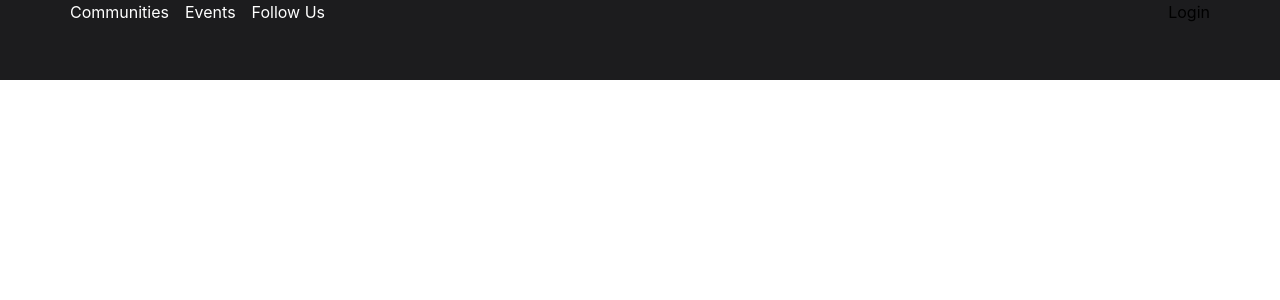
Repository: haudnn/WixdomPlanet-demo
Page: /
The author's editor kept a copy of each file at every save. The page is drawn from the files as they stood at one save, then again after the next save.
The browser window is 1280 px wide. The pictures show the whole page.
The project was rebuilt for these pictures with package versions that can differ from the ones it lists, and the page was loaded fresh each time. Also part of the build but not shown: vite.config.js, src/App.css.

Above is the page before, as saved 2023-02-03 09:31:17.

### src/App.jsx
import "./App.css";
import { BrowserRouter } from "react-router-dom";
import Header from "./components/Layout/Header";
function App() {
  return (
    <div className="App bg-[#1c1c1e]">
      <BrowserRouter>
        <Header />
      </BrowserRouter>
    </div>
  );
}

export default App;

### src/index.css
@tailwind base;
@tailwind components;
@tailwind utilities;

:root {
  font-family: Inter, system-ui, Avenir, Helvetica, Arial, sans-serif;
}

### src/components/Layout/Header.jsx
import React from 'react'
import { Link } from 'react-router-dom'

const Header = () => {
  return (
    <header className='h-[80px]'>
        <div className='max-w-[1140px] my-0 mx-auto'>
            <div className='flex items-center justify-between'>
                <div>
                    <div>

                    </div>
                    <ul className='flex items-center gap-x-4'>
                        <li>
                            <Link className='text-base text-white' to="/communities">Communities</Link>
                        </li>
                        <li>
                            <Link className='text-base text-white' to="/events">Events</Link>
                        </li>
                        <li>
                            <Link className='text-base text-white' to="/follow">Follow Us</Link>
                        </li>
                    </ul>
                </div>
                <div>
                    <Link to="/login">Login</Link>
                </div>
            </div>
        </div>
    </header>
  )
}

export default Header

Loaded but not shown: index.html (common file); src/main.jsx (common file); tailwind.config.cjs (common file)

After the next save:
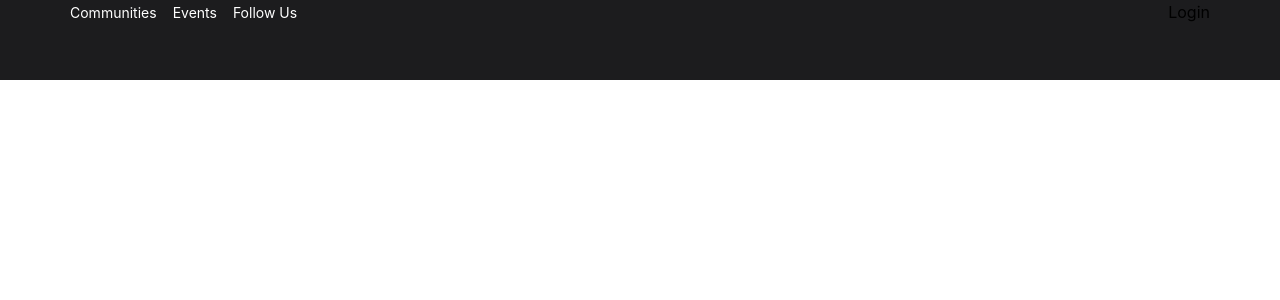
Saved 11 s later.
--- a/src/components/Layout/Header.jsx
+++ b/src/components/Layout/Header.jsx
@@ -12,13 +12,13 @@
                     </div>
                     <ul className='flex items-center gap-x-4'>
                         <li>
-                            <Link className='text-base text-white' to="/communities">Communities</Link>
+                            <Link className='text-sm text-white' to="/communities">Communities</Link>
                         </li>
                         <li>
-                            <Link className='text-base text-white' to="/events">Events</Link>
+                            <Link className='text-sm text-white' to="/events">Events</Link>
                         </li>
                         <li>
-                            <Link className='text-base text-white' to="/follow">Follow Us</Link>
+                            <Link className='text-sm text-white' to="/follow">Follow Us</Link>
                         </li>
                     </ul>
                 </div>
